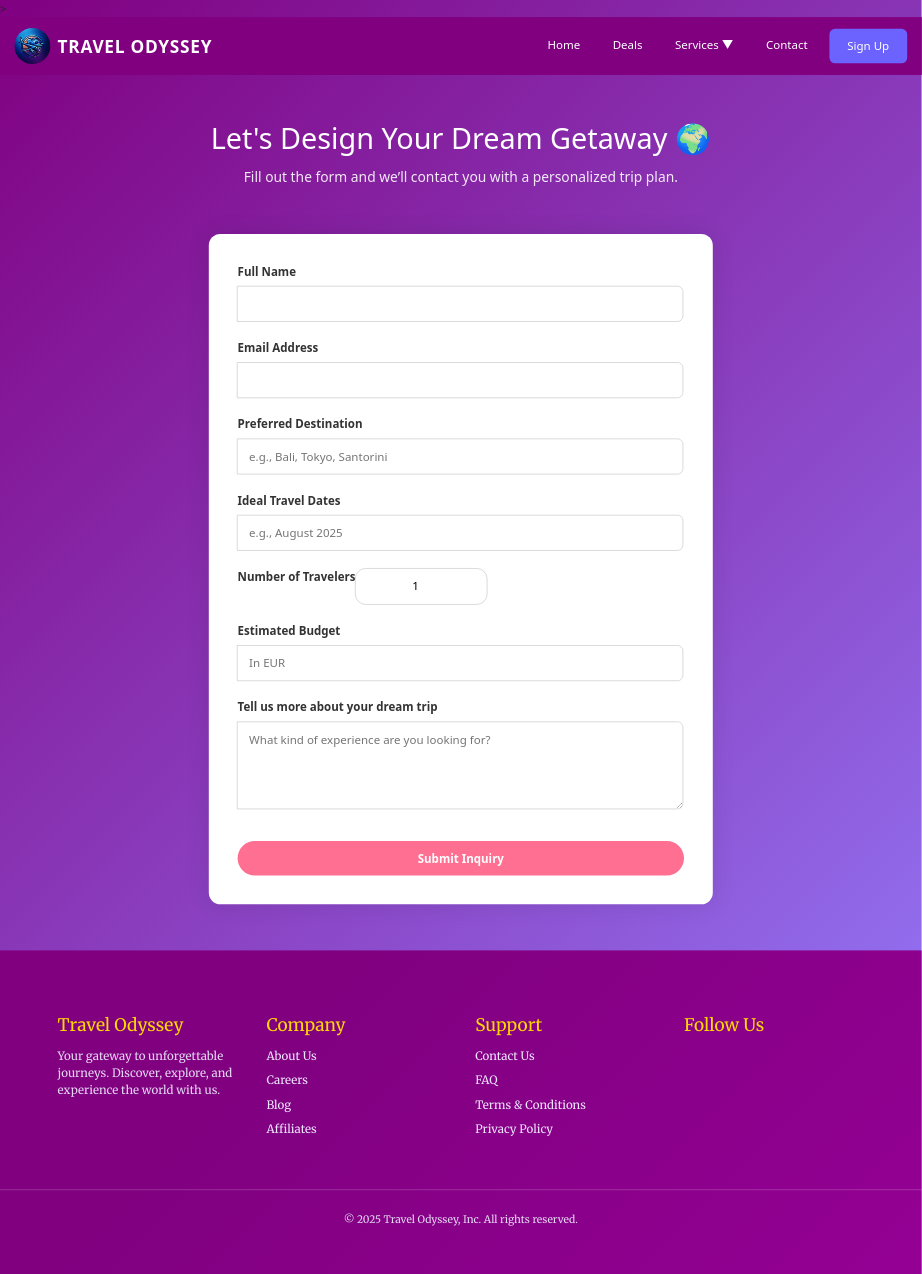
Repository: GHzPhoenix/Project-Odyssey
Page: Frontend/dream.html
The author's editor kept a copy of each file at every save. The page is drawn from the files as they stood at one save, then again after the next save.
The browser window is 1280 px wide. The pictures show the whole page, at 72% of full size.

Above is the page before, as saved 2025-06-09 01:28:26.

After the next save:
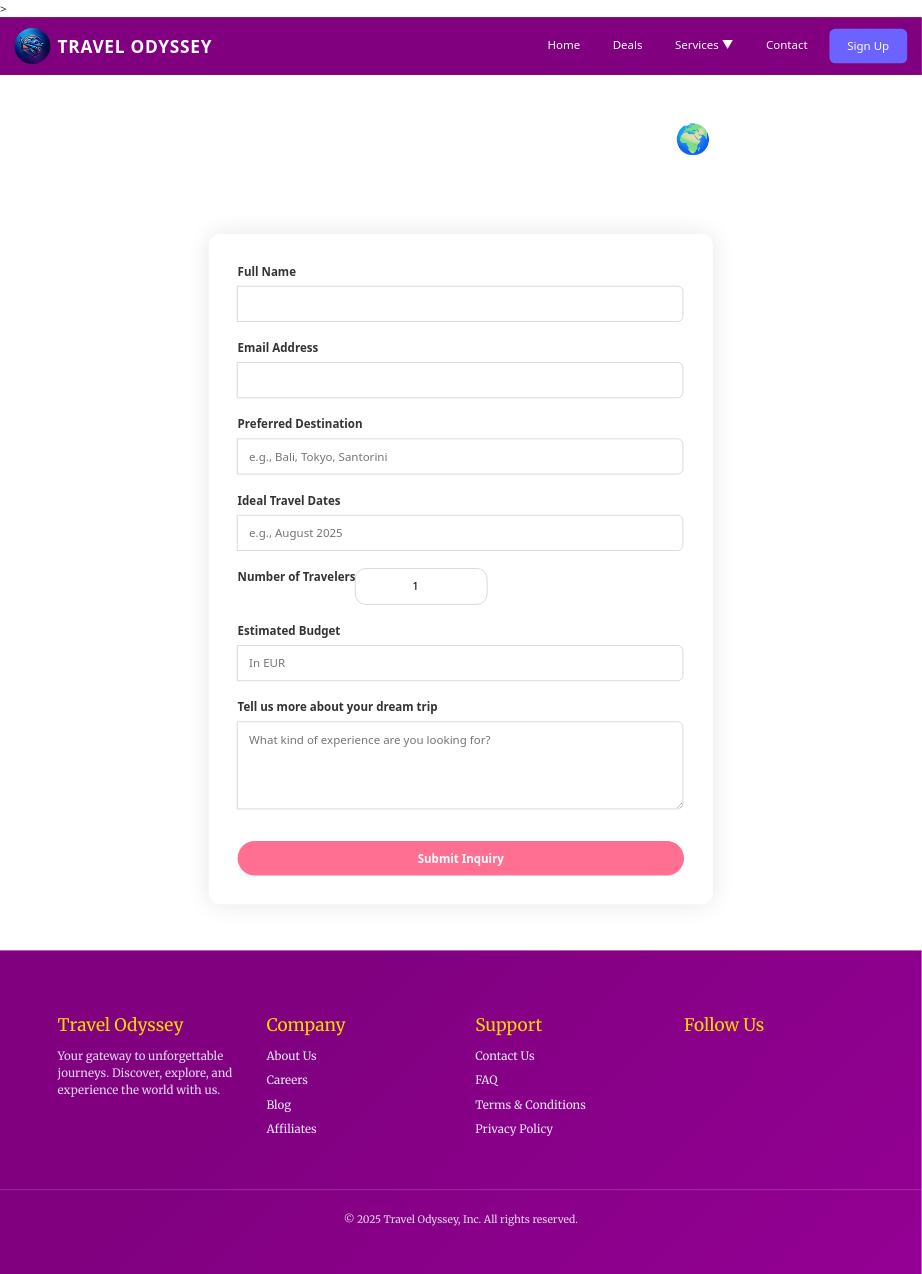
Saved 33 s later.
--- a/Frontend/css/dream.css
+++ b/Frontend/css/dream.css
@@ -2,7 +2,7 @@
 
 :root {
   --primary: purple;
-  --primary-light: #947fff;
+
   --accent: #ff6f91;
   --text-dark: #333;
   --bg-light: #f4f4f9;

After the save that followed:
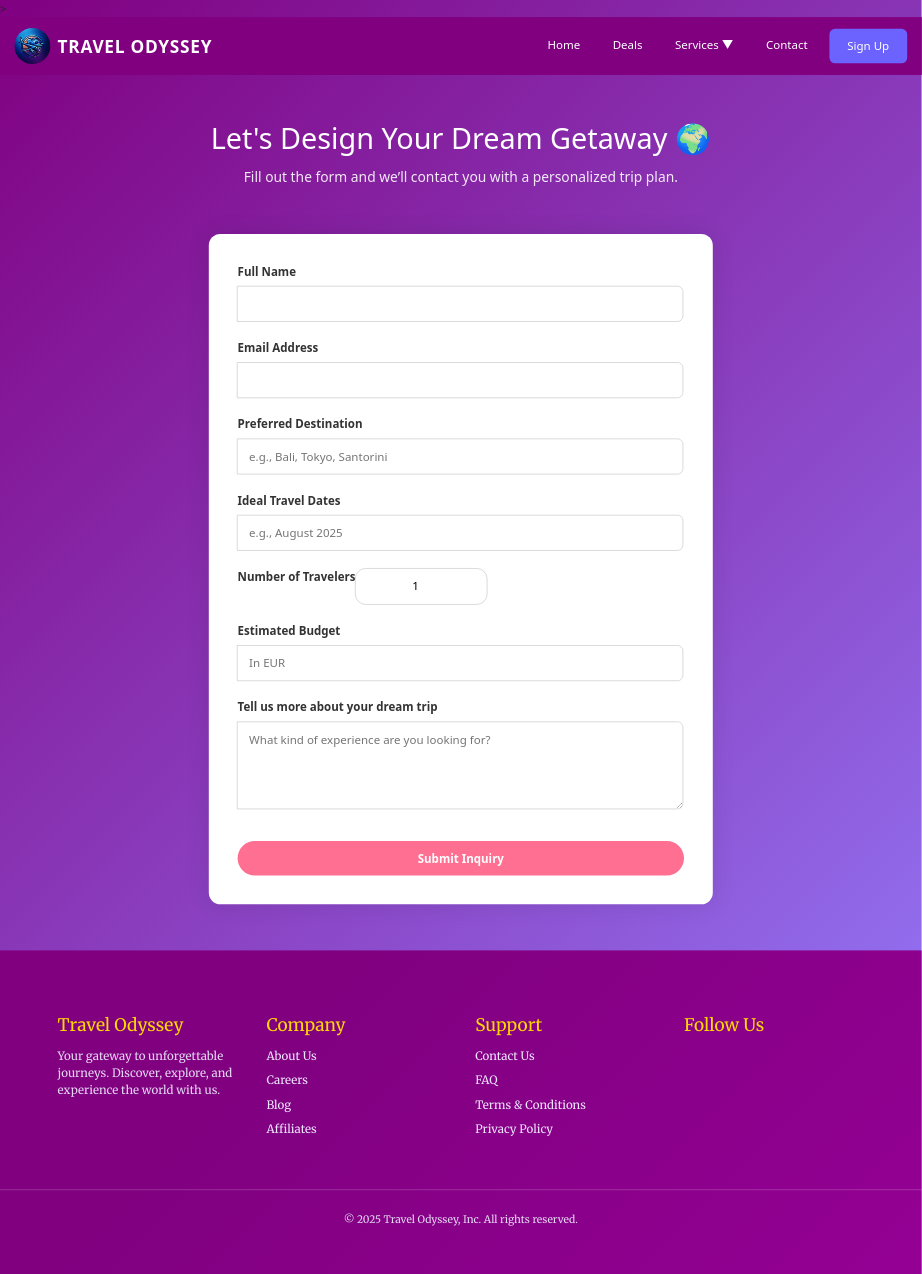
Saved 13 s later.
--- a/Frontend/css/dream.css
+++ b/Frontend/css/dream.css
@@ -2,7 +2,7 @@
 
 :root {
   --primary: purple;
-
+  --primary-light: #947fff;
   --accent: #ff6f91;
   --text-dark: #333;
   --bg-light: #f4f4f9;
